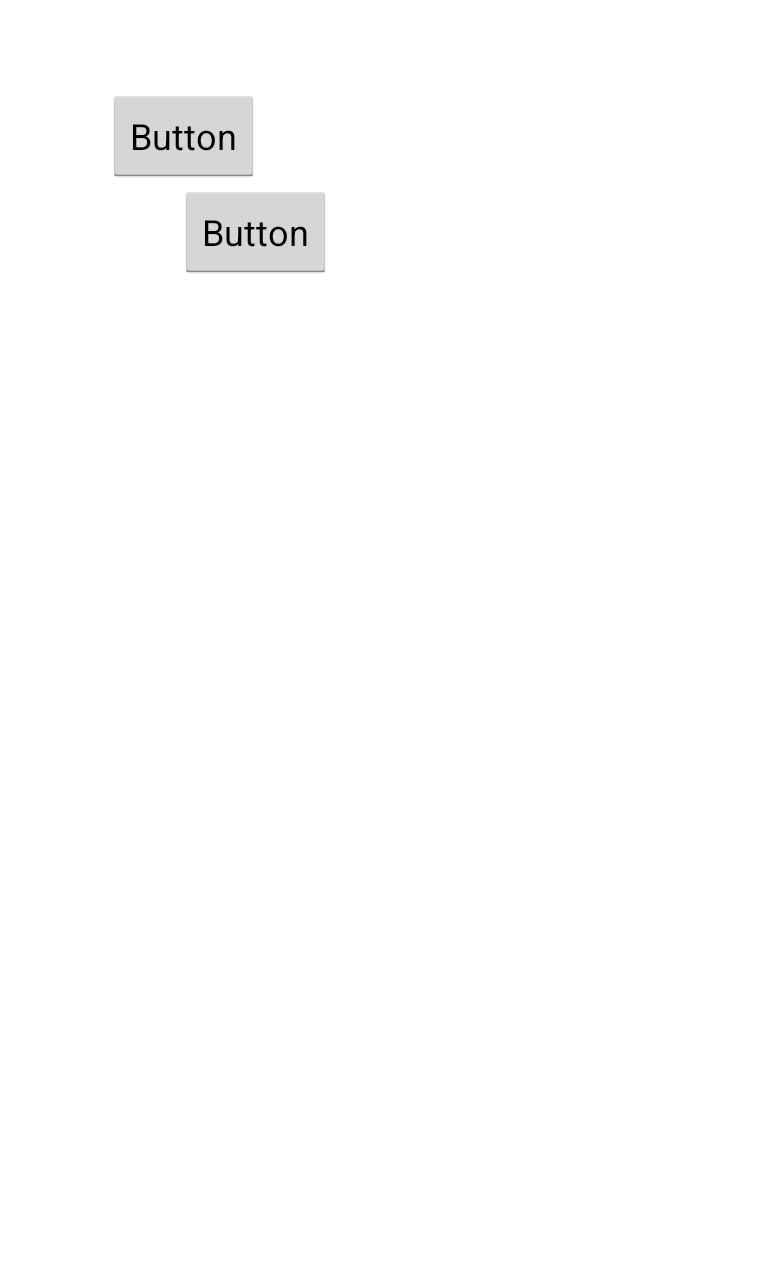
Repository: krishnaray/Android-Mithun
Layout: OrientationApp/res/layout/activity_main.xml
An editor plug-in stored every save of this project. The layout is shown before and after the next save, followed by the edit.
It is drawn on a 768 x 1280 px phone screen (xhdpi) without system bars, with theme AppTheme; the app's code is not run.

Above is the layout before, as saved 2015-02-07 20:37:27.

### OrientationApp/res/layout/activity_main.xml
<RelativeLayout xmlns:android="http://schemas.android.com/apk/res/android"
    xmlns:tools="http://schemas.android.com/tools"
    android:layout_width="match_parent"
    android:layout_height="match_parent"
    android:paddingBottom="@dimen/activity_vertical_margin"
    android:paddingLeft="@dimen/activity_horizontal_margin"
    android:paddingRight="@dimen/activity_horizontal_margin"
    android:paddingTop="@dimen/activity_vertical_margin"
    tools:context="com.lict.orientationapp.MainActivity" >

    <LinearLayout
        android:id="@+id/linearLayout1"
        android:layout_width="match_parent"
        android:layout_height="wrap_content"
        android:layout_alignParentLeft="true"
        android:layout_alignParentTop="true"
        android:layout_marginLeft="37dp"
        android:layout_marginTop="28dp"
        android:orientation="vertical" >

        <Button
            android:id="@+id/button1"
            android:layout_width="wrap_content"
            android:layout_height="wrap_content"
            android:text="Button" />

        <Button
            android:id="@+id/button2"
            android:layout_width="wrap_content"
            android:layout_height="wrap_content"
            android:layout_marginLeft="36dp"
            android:text="Button" />

    </LinearLayout>

</RelativeLayout>

Loaded but not shown: OrientationApp/res/values/styles.xml (common file); OrientationApp/res/values-v11/styles.xml (common file); OrientationApp/res/values-v14/styles.xml (common file); OrientationApp/res/values/dimens.xml (common file); OrientationApp/res/values-w820dp/dimens.xml (common file)

After the next save:
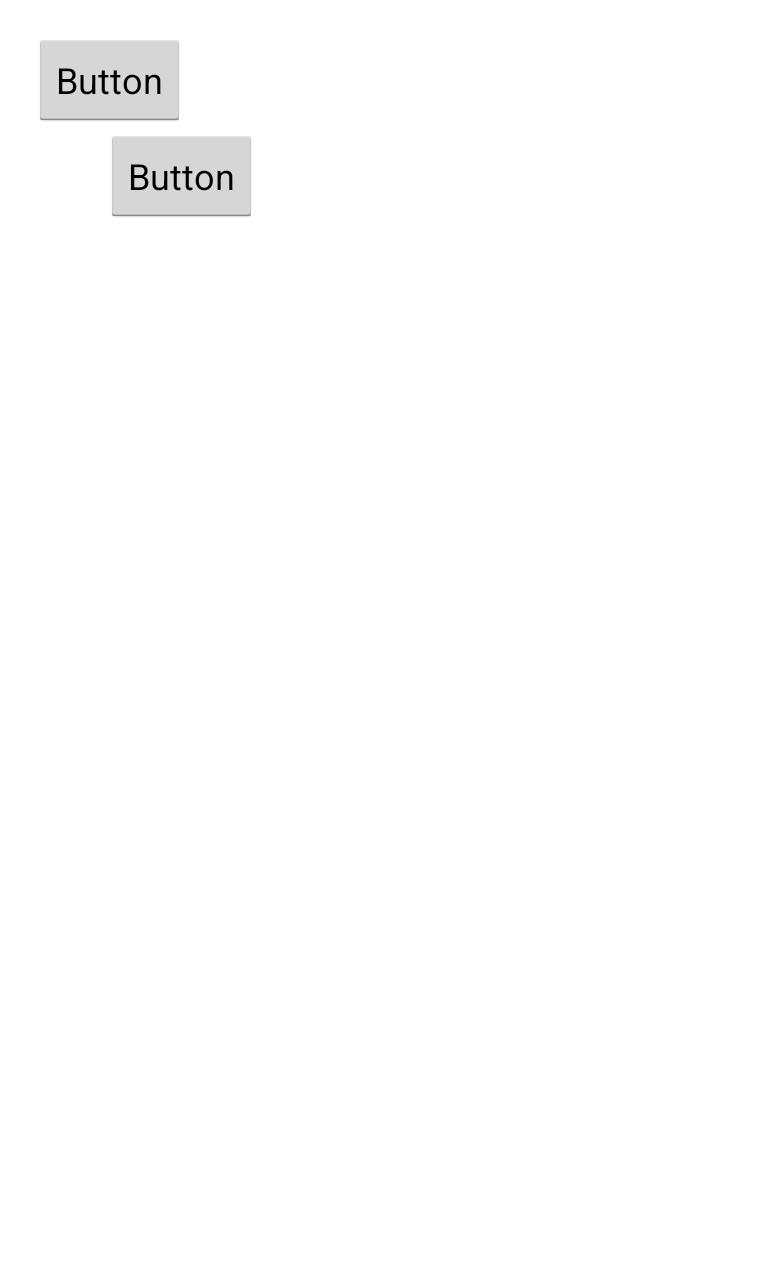
Saved 28 s later.
--- a/OrientationApp/res/layout/activity_main.xml
+++ b/OrientationApp/res/layout/activity_main.xml
@@ -12,10 +12,6 @@
         android:id="@+id/linearLayout1"
         android:layout_width="match_parent"
         android:layout_height="wrap_content"
-        android:layout_alignParentLeft="true"
-        android:layout_alignParentTop="true"
-        android:layout_marginLeft="37dp"
-        android:layout_marginTop="28dp"
         android:orientation="vertical" >
 
         <Button
